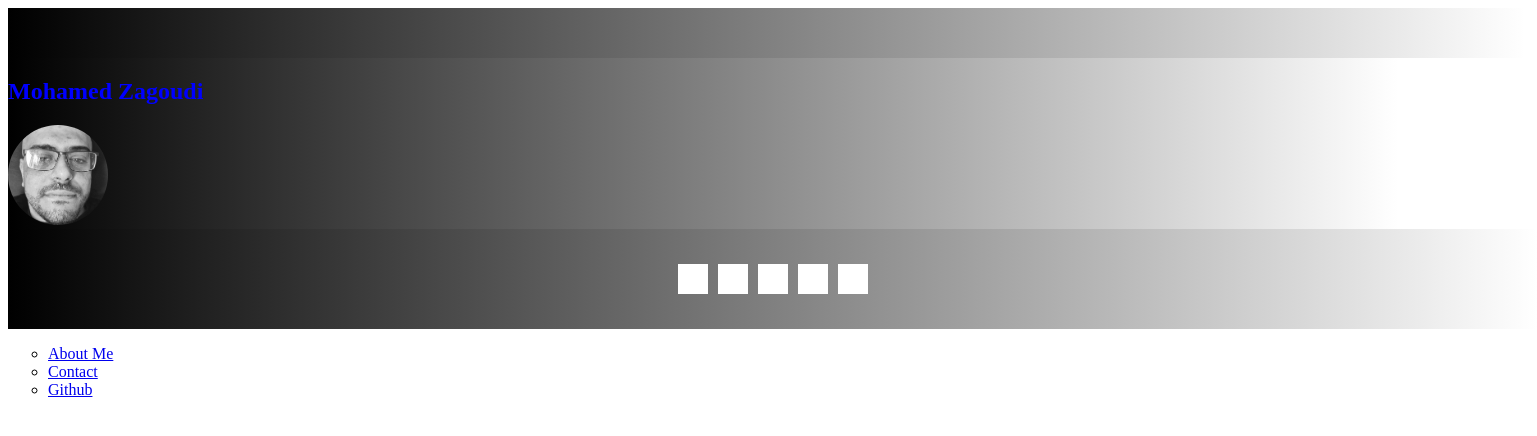
Repository: Mohzagou/Eersteportofolio
Page: index.html
An editor plug-in stored every save of this project. The page is shown before and after the next save, followed by the edit.
The browser window is 1280 px wide. The page is 1537 px wide, so the pictures cover 1537 px, including what lies to the right of the window. The pictures show the whole page.

Above is the page before, as saved 2022-06-07 22:41:26.

After the next save:
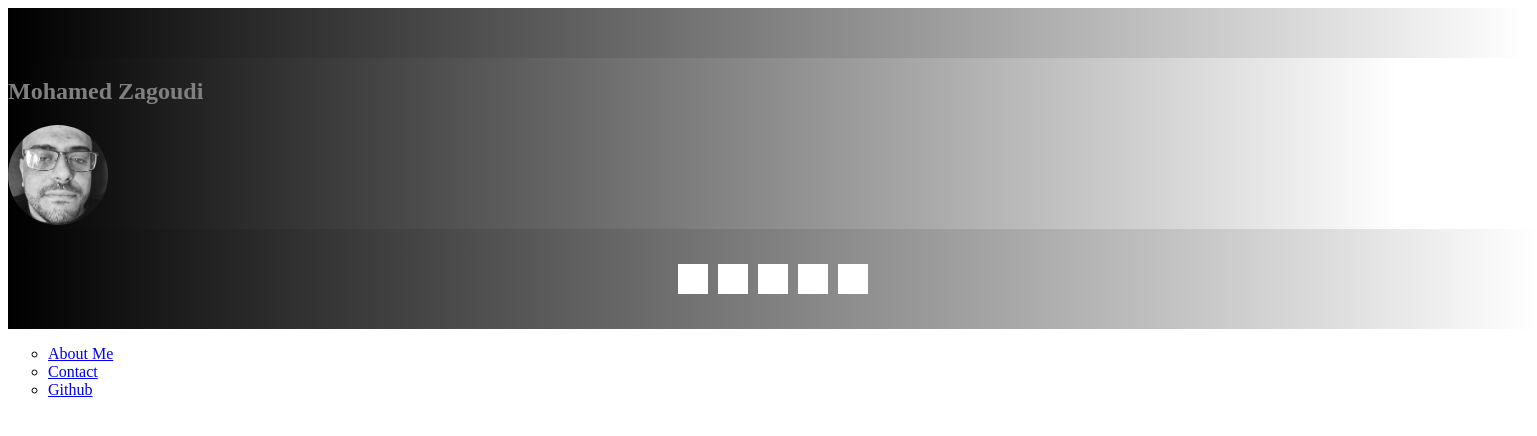
Saved 17 s later.
--- a/styles.css
+++ b/styles.css
@@ -36,7 +36,7 @@ section {
 }
 
 #name {
-    color: blue;
+    color: grey;
 }
 
 .test {
